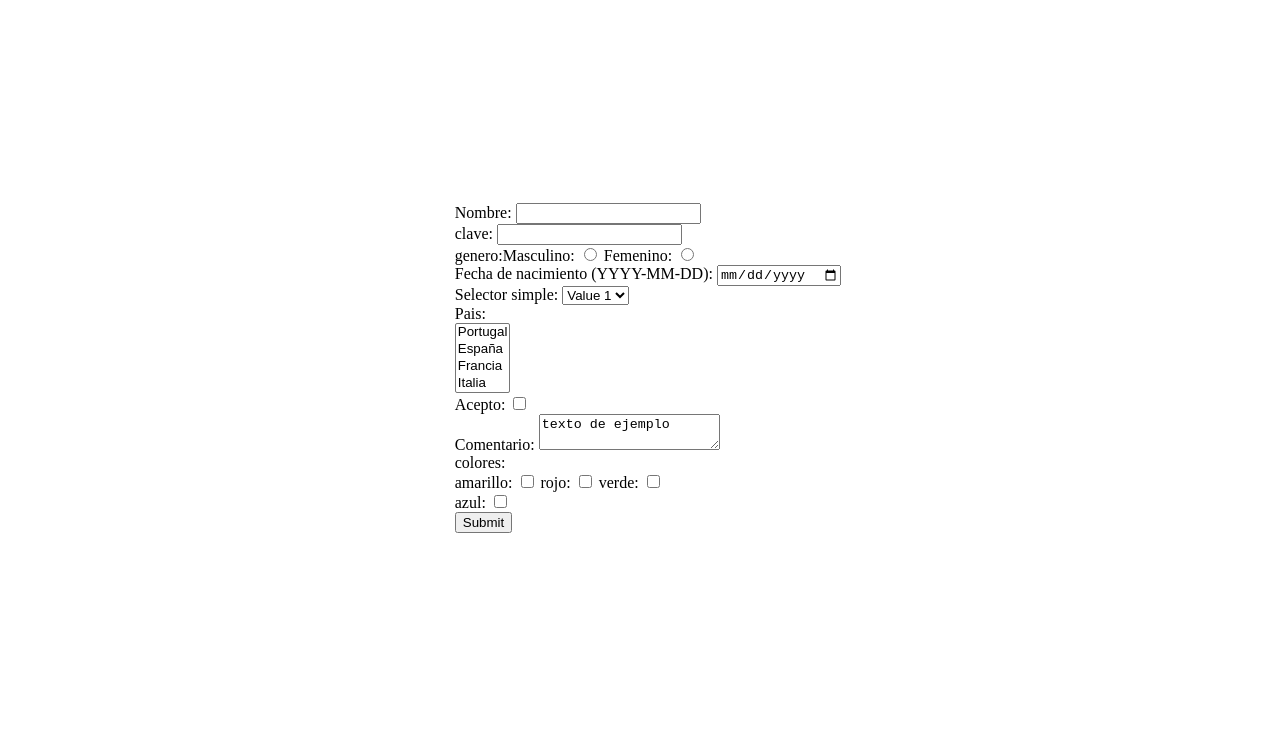
Repository: alvaroteja/ServidorJava
Page: http://localhost/11-EchoParametrosConArchivoJSP/formulario.jsp
The author's editor kept a copy of each file at every save. The page is drawn from the files as they stood at one save, then again after the next save.
The browser window is 1280 px wide. The page is 1288 px wide, so the pictures cover 1288 px, including what lies to the right of the window. The pictures show the whole page.
The page is served by Tomcat 10.

Above is the page before, as saved 2023-01-23 09:05:38.

After the next save:
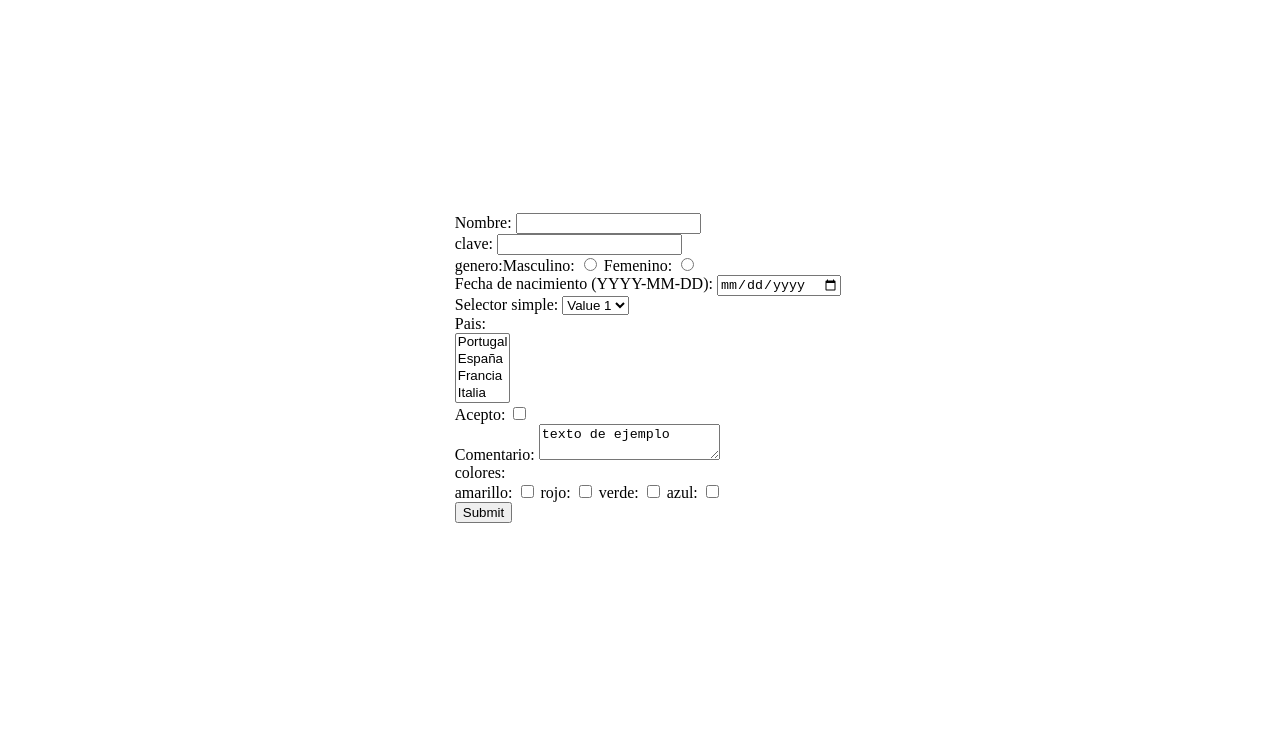
Saved 23 s later.
--- a/11-EchoParametrosConArchivoJSP/src/main/webapp/formulario.jsp
+++ b/11-EchoParametrosConArchivoJSP/src/main/webapp/formulario.jsp
@@ -37,11 +37,11 @@ body {
 		<br /> <label>Comentario:</label>
 		<textarea name="comentario">texto de ejemplo</textarea>
 		<input type="hidden" name="custId" value="aa"> <input
-			type="hidden" name="custId" value="aaaa"> <br /> <label>colores:</label> <br />
-		<label>amarillo:</label> <input type="checkbox" name="colores"
-			value="amarillo"> <label>rojo:</label> <input
-			type="checkbox" name="colores" value="rojo"> <label>verde:</label>
-		<input type="checkbox" name="colores" value="verde"> <br /> <label>azul:</label>
+			type="hidden" name="custId" value="aaaa"> <br /> <label>colores:</label>
+		<br /> <label>amarillo:</label> <input type="checkbox" name="colores"
+			value="amarillo"> <label>rojo:</label> <input type="checkbox"
+			name="colores" value="rojo"> <label>verde:</label> <input
+			type="checkbox" name="colores" value="verde"> <label>azul:</label>
 		<input type="checkbox" name="colores" value="azul"> <br /> <input
 			type="submit">
 	</form>
